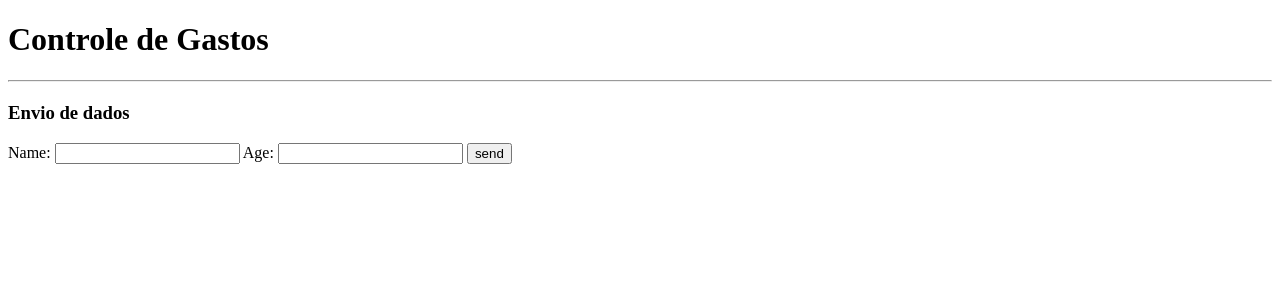
Repository: MarcioFreitasUFSC21/FrontEnd-part-1
Page: index.html
The author's editor kept a copy of each file at every save. The page is drawn from the files as they stood at one save, then again after a run of saves.
The browser window is 1280 px wide. The pictures show the whole page.

Above is the page before, as saved 2023-04-22 19:13:59.

### index.html
<!DOCTYPE html>
<html lang="pt-br>
<head>
    <meta charset="UTF-8">
    <meta http-equiv="X-UA-Compatible" content="IE=edge">
    <meta name="viewport" content="width=device-width, initial-scale=1.0">
    <title>Controle Gastos</title>
</head>
<body>
    <h1> Controle de Gastos</h1>
    <hr>
    <h2>
        <h3> Envio de dados</h3>
        <label type = "Name"> Name: </label> <input type = "text" ></input>
        <label type = "Name"> Age: </label> <input type = "number" ></input>
        <button type = "submit" action = "save"> send</button>
    </h2>
</body>
</html>

After the next 2 saves:
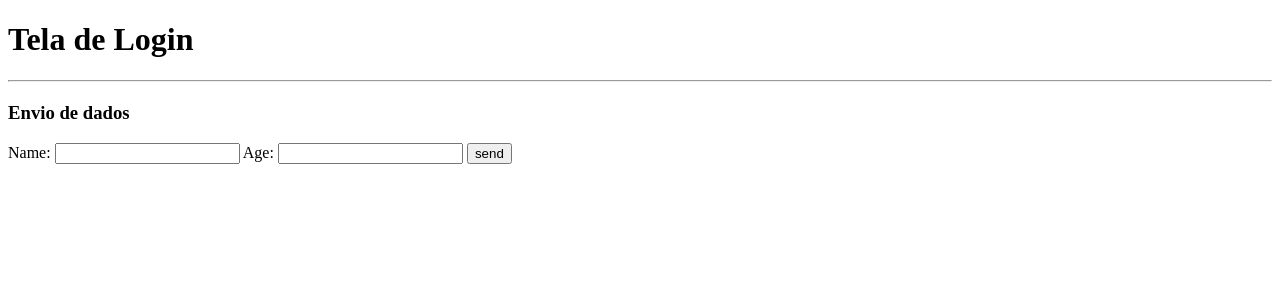
The 2 saves are shown as one change because they came seconds apart.
The last was saved 58 s later.
--- a/index.html
+++ b/index.html
@@ -7,7 +7,7 @@
     <title>Controle Gastos</title>
 </head>
 <body>
-    <h1> Controle de Gastos</h1>
+    <h1> Tela de Login </h1>
     <hr>
     <h2>
         <h3> Envio de dados</h3>
